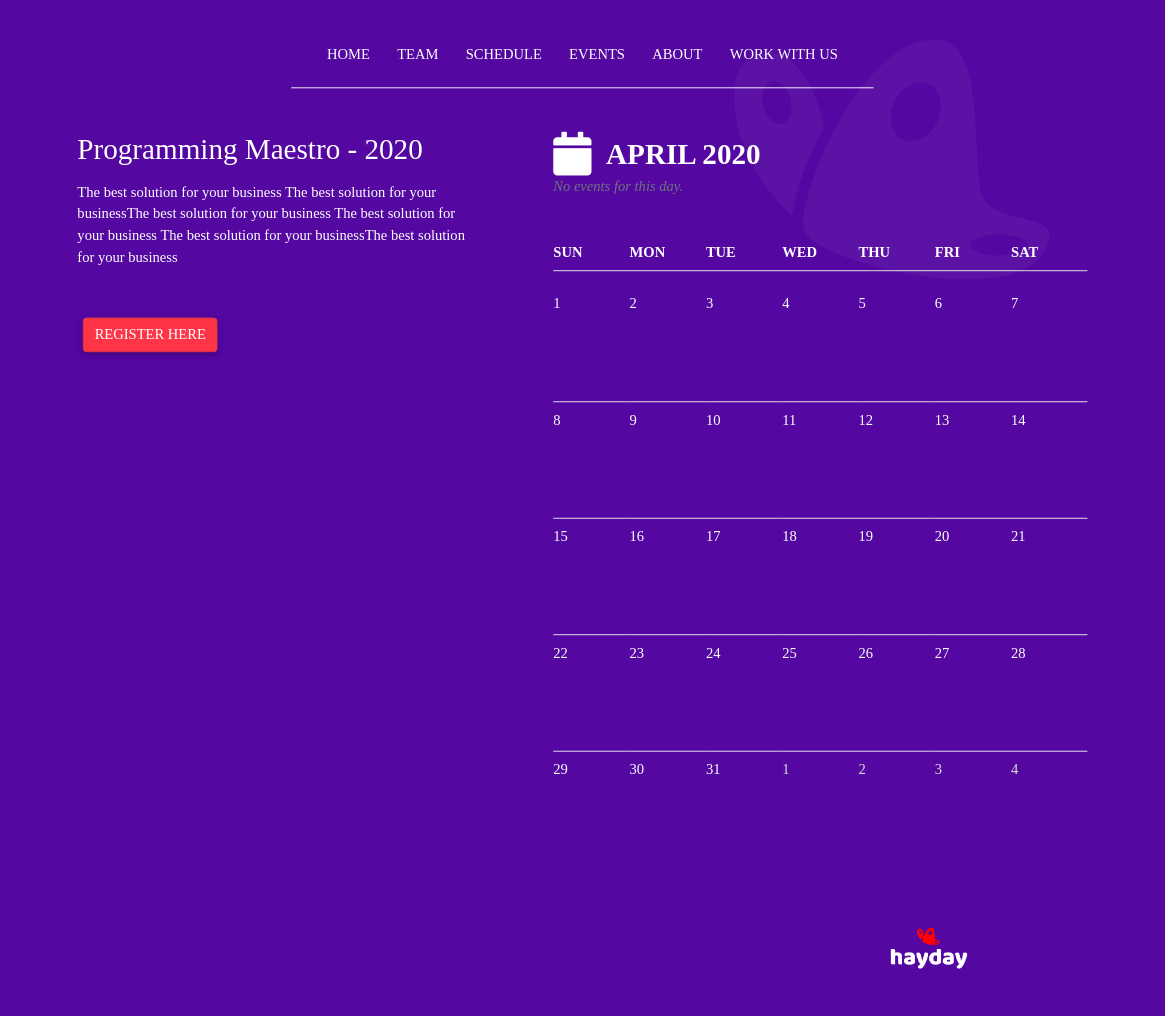
Repository: im1971/company-web
Page: event.html
These files come from the project's save history. The page is drawn as it stood at one moment and after the next save; the edit follows.
The browser window is 1280 px wide. The pictures show the whole page, at 91% of full size.
Some web fonts or font styles are not loaded; a fallback is used.

Above is the page before, as saved 2020-01-28 14:44:40.

After the next save:
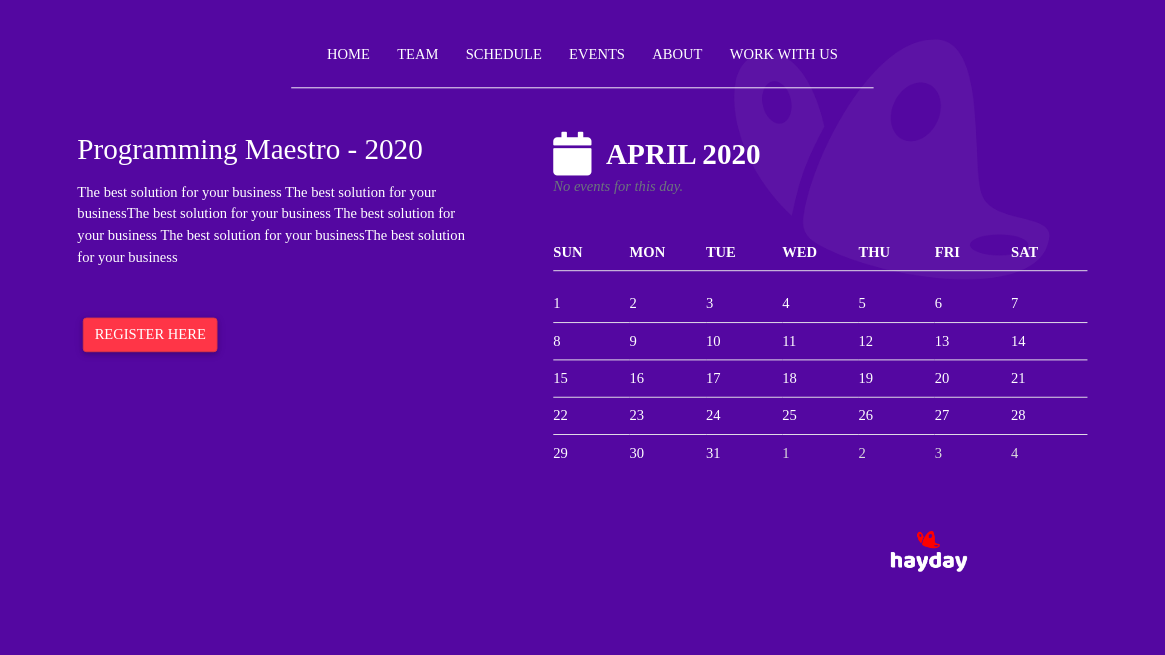
Saved 30 s later.
--- a/css/style.css
+++ b/css/style.css
@@ -348,7 +348,7 @@ Calendar Styling */
 
 .calendar .days li {
     border-bottom: 1px solid #eee;
-    min-height: 8rem;
+    /* min-height: 8rem; */
 }
 
 .calendar .days li .date {
